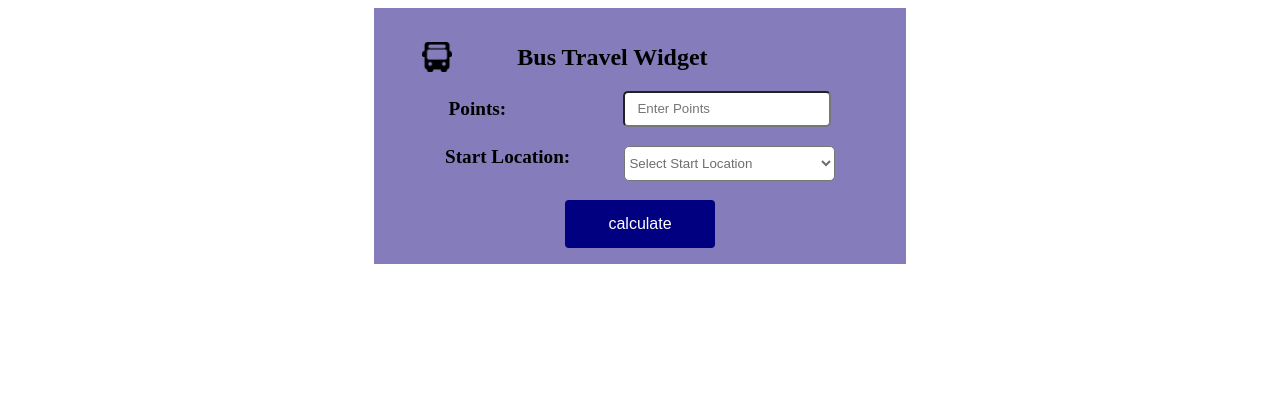
Repository: lasity34/bus_travel
Page: index.html
These files come from the project's save history. The page is drawn as it stood at one moment and after the next save; the edit follows.
The browser window is 1280 px wide. The pictures show the whole page.

Above is the page before, as saved 2023-05-31 10:48:16.

### index.html
<!DOCTYPE html>
<html lang="en">
  <head>
    <meta charset="UTF-8" />
    <meta http-equiv="X-UA-Compatible" content="IE=edge" />
    <meta name="viewport" content="width=device-width, initial-scale=1.0" />
    <link href="./style.css" rel="stylesheet" />
    <title>Bus travel</title>
  </head>
  <body>
    <div class="widget_container">
      <header>
        <img src="./images/bus.png" width="30" height="30" />
        <h2>Bus Travel Widget</h2>
      </header>
      <section>
        <div class="points_container">
          <label for="points">Points:</label>
          <input
            type="number"
            name="points"
            id="points"
            placeholder="Enter Points"
          />
        </div>
        <div class="start_location_container">
          <label for="dropdown">Start Location:</label>
          <select id="dropdown" name="dropdown">
            <option value="select_location">Select Start Location</option>
            <option value="atlantis">Atlantis</option>
            <option value="pinelands">Pinelands</option>
            <option value="milnerton">Milnerton</option>
          </select>
        </div>
      </section>
      <section class="calculate_container">
        <div class="calculate_title">

        </div>
      </section>
      <button class="calculate_btn">calculate</button>
      <script src="./bus_travel_factory.js"></script>
      <script src="./bus_travel.js"></script>
    </div>
  </body>
</html>

### style.css


.widget_container {
   margin: 0 auto;
   display: flex;
   flex-direction: column;
   justify-content: center;
    background-color: rgb(132, 124, 187);
    width: 70%;
    max-width: 500px;
    font-weight: bold;
    padding: 1em;
}

header {
    display: flex;
    align-items: center;
    justify-content: space-around;
    width: 70%;
}

.points_container  {
    display: flex;
    width: 100%;
    justify-content: space-around;
    align-items: center;
}

.points_container label {
    font-size: 1.2rem;
}

.points_container input {
    border-radius: 5px;
    height: 30px;
    text-indent: 10px;
    width: 40%;
}

input[type='number']::-webkit-inner-spin-button,
input[type='number']::-webkit-outer-spin-button {
    -webkit-appearance: none;
    margin: 0;
}

input[type='number'] {
    -moz-appearance: textfield;
}

.start_location_container {
    padding: 1em 0;
    display: flex;
    margin: 0 auto;
    justify-content: space-between;
    width: 78%;
    font-size: 1.2rem;
    max-width: 500px;
}

select {
    background-color: white;
    width: 54%;
    height: 35px;
    border-radius: 5px;
    color: rgb(111, 108, 108);
}

option {
    font-weight: lighter;

}

button {
    background-color: #000080; /* Dark Blue */
    border: none;
    color: white;
    text-align: center;
    display: inline-block;
    font-size: 16px;
    transition-duration: 0.4s;
    cursor: pointer;
    padding: 15px 32px;
    border-radius: 4px;
    width: 30%;
    margin: 0 auto;
  }

  button:hover {
    background-color: #0000FF; /* Blue */
    color: white;
  }

### bus_travel_factory.js



function bus_travel_factory() {

    let points = 0
    let location = ""

    function points_input(input) {
        points = input
    }




    function bus_location(input) {
        if (input === "milnerton") {
            location = "milnerton"
        } else if (input === "atlantis") {
            location = 'atlantis'
        } else if (input === 'pinelands') {
            location = 'pinelands'
        } else if (input === 'select_location') {
            location = 'select_location'
        }
    }



    function points_value() {
        return points
    }

    function location_return() {
        return location
    }


    return {
        points_input,
        points_value,
        bus_location,
        location_return
    }
}

### bus_travel.js

const points_value = document.querySelector("#points").value
const calculate_btn = document.querySelector(".calculate_btn")
const location_select = document.querySelector("#dropdown")

const bus_instance = bus_travel_factory()

function bus_travel() {

    bus_instance.points_input(points_value)
}

function bus_location() {
    const selected_value = this.value
    bus_instance.bus_location(selected_value)
}

location_select.addEventListener("change", bus_location)


calculate_btn.addEventListener("click", bus_travel)

After the next save:
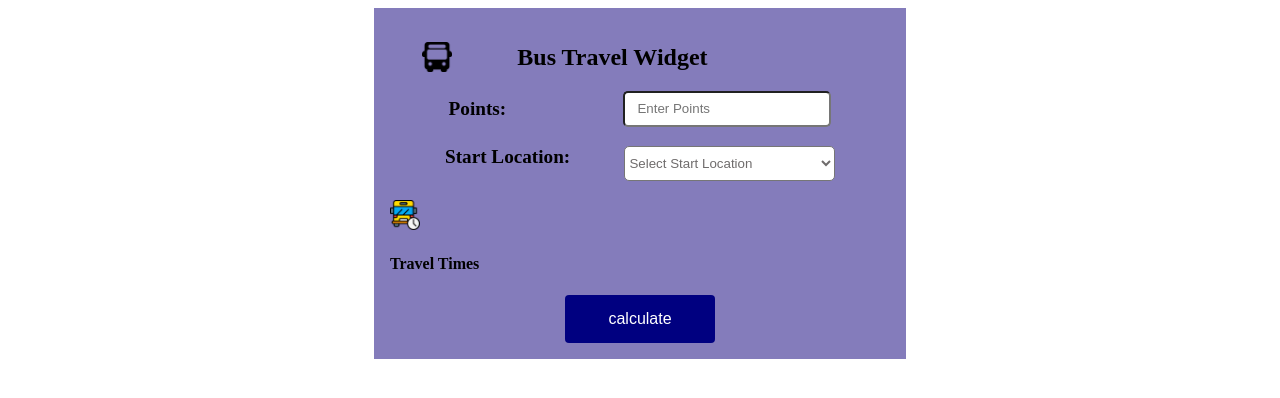
Saved 109 s later.
--- a/index.html
+++ b/index.html
@@ -35,7 +35,8 @@
       </section>
       <section class="calculate_container">
         <div class="calculate_title">
-
+            <img src="./images/bus_time.png" width="30" height="30" />
+            <h4>Travel Times</h4>
         </div>
       </section>
       <button class="calculate_btn">calculate</button>
